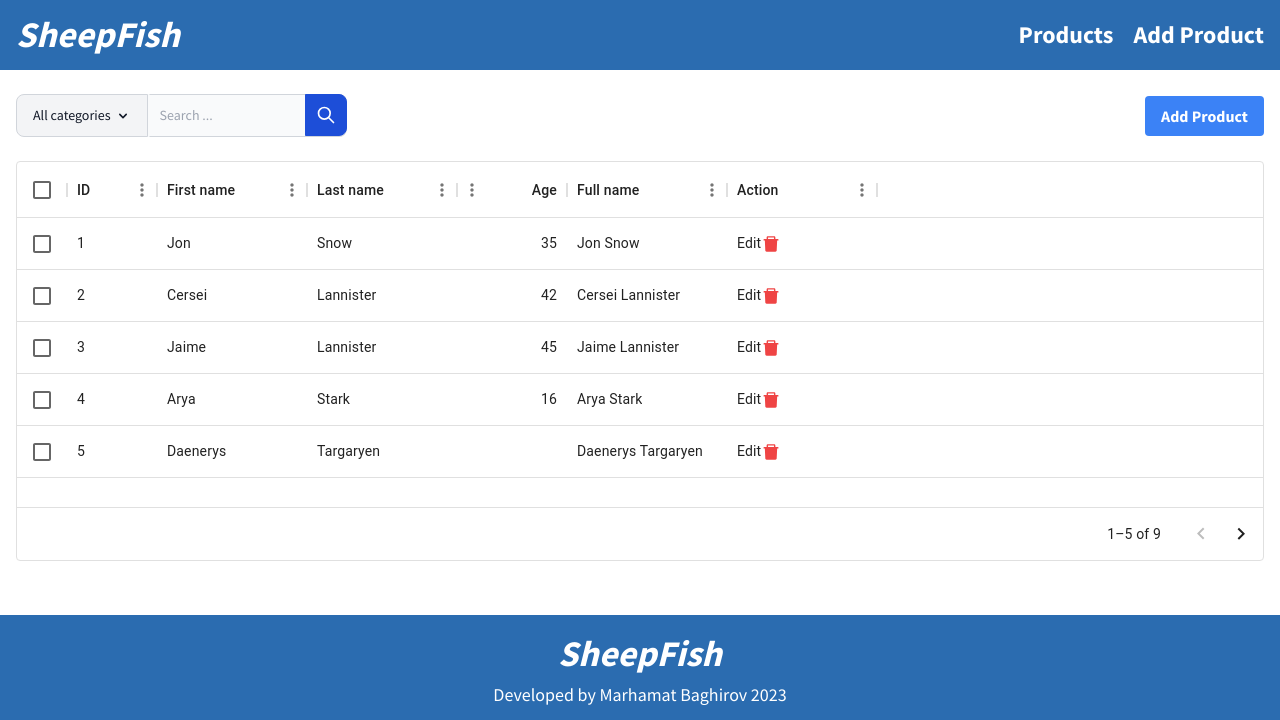
Repository: Marhamat92/sheep-fish-task
Page: /
An editor plug-in stored every save of this project. The page is shown before and after the next save, followed by the edit.
The browser window is 1280 px wide. The pictures show the whole page.
The project was rebuilt for these pictures with package versions that can differ from the ones it lists, and the page was loaded fresh each time. Also part of the build but not shown: src/App.css.

Above is the page before, as saved 2023-03-28 17:56:42.

### public/index.html
<!DOCTYPE html>
<html lang="en">

<head>
  <meta charset="utf-8" />
  <link rel="icon" href="%PUBLIC_URL%/favicon.ico" />
  <meta name="viewport" content="width=device-width, initial-scale=1" />
  <meta name="theme-color" content="#000000" />
  <meta name="description" content="Web site created using create-react-app" />
  <link rel="apple-touch-icon" href="%PUBLIC_URL%/logo192.png" />
  <link rel="preconnect" href="https://fonts.googleapis.com">
  <link rel="preconnect" href="https://fonts.gstatic.com" crossorigin>
  <link href="https://fonts.googleapis.com/css2?family=Source+Sans+Pro:wght@200;300;400;600;700;900&display=swap"
    rel="stylesheet">
  <!--
      manifest.json provides metadata used when your web app is installed on a
      user's mobile device or desktop. See https://developers.google.com/web/fundamentals/web-app-manifest/
    -->
  <link rel="manifest" href="%PUBLIC_URL%/manifest.json" />
  <!--
      Notice the use of %PUBLIC_URL% in the tags above.
      It will be replaced with the URL of the `public` folder during the build.
      Only files inside the `public` folder can be referenced from the HTML.

      Unlike "/favicon.ico" or "favicon.ico", "%PUBLIC_URL%/favicon.ico" will
      work correctly both with client-side routing and a non-root public URL.
      Learn how to configure a non-root public URL by running `npm run build`.
    -->
  <title>SheepFish</title>
</head>

<body>
  <noscript>You need to enable JavaScript to run this app.</noscript>
  <div id="root"></div>
  <!--
      This HTML file is a template.
      If you open it directly in the browser, you will see an empty page.

      You can add webfonts, meta tags, or analytics to this file.
      The build step will place the bundled scripts into the <body> tag.

      To begin the development, run `npm start` or `yarn start`.
      To create a production bundle, use `npm run build` or `yarn build`.
    -->
</body>

</html>

### src/index.css
@tailwind base;
@tailwind components;
@tailwind utilities;


body {
  font-family: 'Source Sans Pro', sans-serif;
}

code {
  font-family: 'Source Sans Pro', sans-serif;
}

### src/App.tsx
import React from "react";
import logo from "./logo.svg";
import "./App.css";
import Header from "./components/Header";
import Layout from "./Layout/Layout";
import BaseRouter from "./routes";

function App() {
  return (
    <div>
      <Layout>
        <BaseRouter />
      </Layout>
    </div>
  );
}

export default App;

### src/Layout/Layout.tsx
import React from "react";
import Header from "../components/Header";
import Footer from "../components/Footer";

type Props = {
  children: React.ReactNode;
};

const Layout = ({ children }: Props) => {
  return (
    <div>
      <Header />
      {children}
      <Footer />
    </div>
  );
};

export default Layout;

### src/routes.js
import { Route, Routes } from "react-router-dom";
import React from "react";
import ProductList from "./pages/Products/ProductList";
import AddProduct from "./pages/Products/AddProduct";

const BaseRouter = () => (
  <Routes>
    <Route exact path="/" element={
      <ProductList />
    } />
    <Route exact path="/products"
      element={
        <ProductList />
      }
    />
    <Route exact path="/products/add" element={
      <AddProduct />
    } />
  </Routes>
);

export default BaseRouter;

### src/components/Header.tsx
import React, { useEffect, useState } from "react";
import { Link } from "react-router-dom";
import { BiMenu } from "react-icons/bi";

type Props = {};

const Header = (props: Props) => {
  const [mobileMenu, setMobileMenu] = useState(false);
  const [showMobileMenu, setShowMobileMenu] = useState(false);

  const checkScreenSize = () => {
    if (window.innerWidth <= 768) {
      setMobileMenu(true);
    } else {
      setMobileMenu(false);
      setShowMobileMenu(false);
    }
  };

  useEffect(() => {
    checkScreenSize();
    window.addEventListener("resize", checkScreenSize);
    return () => {
      window.removeEventListener("resize", checkScreenSize);
    };
  }, [mobileMenu]);

  return (
    <div className=' bg-mainPrimary '>
      <div className='container flex flex-row justify-between items-center py-2'>
        <div>
          <h1
            className='
            text-4xl font-bold text-white italic
          '
          >
            SheepFish
          </h1>
        </div>
        {mobileMenu ? (
          <BiMenu
            onClick={() => {
              setShowMobileMenu(true);
            }}
            className='text-3xl text-white'
          />
        ) : (
          <div className='flex flex-row justify-between space-x-5'>
            <Link to='/products'>
              <div
                className='text-2xl font-bold text-white hover:underline transition-all duration-300
          cursor-pointer'
              >
                Products
              </div>
            </Link>
            <Link to='/products/add'>
              <div className='text-2xl font-bold text-white hover:underline transition-all duration-300 cursor-pointer'>
                Add Product
              </div>
            </Link>
          </div>
        )}
        {showMobileMenu && (
          <div className='bg-mainTertiary h-screen absolute top-0 left-0 right-0 '>
            <div className='flex flex-col justify-center items-center'>
              <div className='text-2xl font-bold text-white hover:underline transition-all duration-300 cursor-pointer'>
                Products
              </div>
              <div className='text-2xl font-bold text-white hover:underline transition-all duration-300 cursor-pointer'>
                Add Product
              </div>
            </div>
          </div>
        )}
      </div>
    </div>
  );
};

export default Header;

### src/components/Footer.tsx
import React from "react";

type Props = {};

const Footer = ({}: Props) => {
  return (
    <div className='bg-mainPrimary py-3 absolute bottom-0 w-full'>
      <div className='container mx-auto flex flex-col items-center justify-center'>
        <h1 className='text-4xl font-bold text-white italic text-center'>
          SheepFish
        </h1>
        <p className='text-white font-regular text-lg text-center'>
          Developed by Marhamat Baghirov {new Date().getFullYear()}
        </p>
      </div>
    </div>
  );
};

export default Footer;

### src/pages/Products/ProductList.tsx
import React from "react";
import SearchField from "../../components/SearchField";
import ListTable from "../../components/ListTable";

type Props = {};

function ProductList({}: Props) {
  const rows = [
    { id: 1, lastName: "Snow", firstName: "Jon", age: 35 },
    { id: 2, lastName: "Lannister", firstName: "Cersei", age: 42 },
    { id: 3, lastName: "Lannister", firstName: "Jaime", age: 45 },
    { id: 4, lastName: "Stark", firstName: "Arya", age: 16 },
    { id: 5, lastName: "Targaryen", firstName: "Daenerys", age: null },
    { id: 6, lastName: "Melisandre", firstName: null, age: 150 },
    { id: 7, lastName: "Clifford", firstName: "Ferrara", age: 44 },
    { id: 8, lastName: "Frances", firstName: "Rossini", age: 36 },
    { id: 9, lastName: "Roxie", firstName: "Harvey", age: 65 },
  ];

  return (
    <div className='container mt-6'>
      <div className='flex justify-between items-center'>
        <div>
          <SearchField />
        </div>
        <div>
          <button className='bg-blue-500 hover:bg-blue-700 text-white font-bold py-2 px-4 rounded'>
            Add Product
          </button>
        </div>
      </div>
      <div className='mt-6'>
        <ListTable dataRows={rows} />
      </div>
    </div>
  );
}

export default ProductList;

### src/components/SearchField.tsx
import React from "react";

type Props = {};

const SearchField = (props: Props) => {
  return (
    <form className=''>
      <div className='flex'>
        <label
          htmlFor='search-dropdown'
          className='mb-2 text-sm font-medium text-gray-900 sr-only dark:text-white'
        >
          Your Email
        </label>
        <button
          id='dropdown-button'
          data-dropdown-toggle='dropdown'
          className='flex-shrink-0 z-10 inline-flex items-center py-2.5 px-4 text-sm font-medium text-center text-gray-900 bg-gray-100 border border-gray-300 rounded-l-lg hover:bg-gray-200 focus:ring-4 focus:outline-none focus:ring-gray-100 dark:bg-gray-700 dark:hover:bg-gray-600 dark:focus:ring-gray-700 dark:text-white dark:border-gray-600'
          type='button'
        >
          All categories{" "}
          <svg
            aria-hidden='true'
            className='w-4 h-4 ml-1'
            fill='currentColor'
            viewBox='0 0 20 20'
            xmlns='http://www.w3.org/2000/svg'
          >
            <path
              fill-rule='evenodd'
              d='M5.293 7.293a1 1 0 011.414 0L10 10.586l3.293-3.293a1 1 0 111.414 1.414l-4 4a1 1 0 01-1.414 0l-4-4a1 1 0 010-1.414z'
              clip-rule='evenodd'
            ></path>
          </svg>
        </button>
        <div
          id='dropdown'
          className='z-10 hidden bg-white divide-y divide-gray-100 rounded-lg shadow w-44 dark:bg-gray-700'
        >
          <ul
            className='py-2 text-sm text-gray-700 dark:text-gray-200'
            aria-labelledby='dropdown-button'
          >
            <li>
              <button
                type='button'
                className='inline-flex w-full px-4 py-2 hover:bg-gray-100 dark:hover:bg-gray-600 dark:hover:text-white'
              >
                Mockups
              </button>
            </li>
            <li>
              <button
                type='button'
                className='inline-flex w-full px-4 py-2 hover:bg-gray-100 dark:hover:bg-gray-600 dark:hover:text-white'
              >
                Templates
              </button>
            </li>
            <li>
              <button
                type='button'
                className='inline-flex w-full px-4 py-2 hover:bg-gray-100 dark:hover:bg-gray-600 dark:hover:text-white'
              >
                Design
              </button>
            </li>
            <li>
              <button
                type='button'
                className='inline-flex w-full px-4 py-2 hover:bg-gray-100 dark:hover:bg-gray-600 dark:hover:text-white'
              >
                Logos
              </button>
            </li>
          </ul>
        </div>
        <div className='relative w-full'>
          <input
            type='search'
            id='search-dropdown'
            className='block p-2.5 w-full z-20 text-sm text-gray-900 bg-gray-50 rounded-r-lg border-l-gray-50 border-l-2 border border-gray-300    dark:placeholder-gray-400 dark:text-white  focus:ring-transparent first-letter:
            focus:ring-4 focus:outline-none focus:ring-blue-300 dark:bg-gray-600
            '
            placeholder='Search ...'
            required
          />
          <button
            type='submit'
            className='absolute top-0 right-0 p-2.5 text-sm font-medium text-white bg-blue-700 rounded-r-lg border border-blue-700 hover:bg-blue-800 focus:ring-4 focus:outline-none focus:ring-blue-300 dark:bg-blue-600 dark:hover:bg-blue-700 dark:focus:ring-blue-800'
          >
            <svg
              aria-hidden='true'
              className='w-5 h-5'
              fill='none'
              stroke='currentColor'
              viewBox='0 0 24 24'
              xmlns='http://www.w3.org/2000/svg'
            >
              <path
                stroke-linecap='round'
                stroke-linejoin='round'
                stroke-width='2'
                d='M21 21l-6-6m2-5a7 7 0 11-14 0 7 7 0 0114 0z'
              ></path>
            </svg>
            <span className='sr-only'>Search</span>
          </button>
        </div>
      </div>
    </form>
  );
};

export default SearchField;

### src/components/ListTable.tsx
import React from "react";
import Box from "@mui/material/Box";
import { DataGrid, GridColDef, GridValueGetterParams } from "@mui/x-data-grid";
import { Link } from "react-router-dom";
import { AiFillDelete } from "react-icons/ai";

type Props = {
  dataRows: any;
};

const ListTable = ({ dataRows }: Props) => {
  const columns: GridColDef[] = [
    { field: "id", headerName: "ID", width: 90 },
    {
      field: "firstName",
      headerName: "First name",
      width: 150,
      editable: true,
    },
    {
      field: "lastName",
      headerName: "Last name",
      width: 150,
      editable: true,
    },
    {
      field: "age",
      headerName: "Age",
      type: "number",
      width: 110,
      editable: true,
    },
    {
      field: "fullName",
      headerName: "Full name",
      description: "This column has a value getter and is not sortable.",
      sortable: false,
      width: 160,
      valueGetter: (params: GridValueGetterParams) =>
        `${params.row.firstName || ""} ${params.row.lastName || ""}`,
    },
    {
      field: "action",
      headerName: "Action",
      width: 150,
      renderCell: (params) => {
        return (
          <>
            <Link to={"/product/" + params.row.id}>
              <button className='productListEdit'>Edit</button>
            </Link>
            <AiFillDelete
              onClick={() => {
                removeProduct(params.row.id);
              }}
              className='text-xl text-red-500 cursor-pointer'
            />
          </>
        );
      },
    },
  ];

  const removeProduct = (id: any) => {
    console.log(id);
  };

  return (
    <Box sx={{ height: 400, width: "100%" }}>
      <DataGrid
        rows={dataRows}
        columns={columns}
        initialState={{
          pagination: {
            paginationModel: {
              pageSize: 5,
            },
          },
        }}
        pageSizeOptions={[5]}
        checkboxSelection
        disableRowSelectionOnClick
      />
    </Box>
  );
};

export default ListTable;

### tailwind.config.js
/** @type {import('tailwindcss').Config} */
module.exports = {
  content: ["./src/**/*.{js,jsx,ts,tsx}",],
  theme: {
    extend: {
      colors: {
        "textPrimary": "#1a202c",
        "textSecondary": "#2d3748",
        "textTertiary": "#4a5568",
        "mainPrimary": "#2b6cb0",
        "mainSecondary": "#4299e1",
        "mainTertiary": "#63b3ed",
        "success": "#48bb78",
        "danger": "#e53e3e",
        "warning": "#dd6b20",
        "info": "#3182ce",
        "light": "#f7fafc",
        "dark": "#1a202c",
        "white": "#fff",
        "black": "#000",
        //close this
      },
      fontFamily: {
        sans: ["Roboto", "sans-serif"],
      },
      fontSize: {
        "xs": ".75rem",
        "sm": ".875rem",
        "tiny": ".875rem",
        "base": "1rem",
        "lg": "1.125rem",
        "xl": "1.25rem",
        "2xl": "1.5rem",
        "3xl": "1.875rem",
        "4xl": "2.25rem",
        "5xl": "3rem",
        "6xl": "4rem",
        "7xl": "5rem",
        "8xl": "6rem",
        "9xl": "7rem",
        "10xl": "8rem",
      },
      spacing: {
        "0": "0",
        "1": "0.25rem",
        "2": "0.5rem",
        "3": "0.75rem",
        "4": "1rem",
        "5": "1.25rem",
        "6": "1.5rem",
        "8": "2rem",
      },
      boxShadow: {
        "xs": "0 0 0 1px rgba(0, 0, 0, 0.05)",
        "sm": "0 1px 2px 0 rgba(0, 0, 0, 0.05)",
        "default": "0 1px 3px 0 rgba(0, 0, 0, 0.1), 0 1px 2px 0 rgba(0, 0, 0, 0.06)",
        "md": "0 4px 6px -1px rgba(0, 0, 0, 0.1), 0 2px 4px -1px rgba(0, 0, 0, 0.06)",
        "lg": "0 10px 15px -3px rgba(0, 0, 0, 0.1), 0 4px 6px -2px rgba(0, 0, 0, 0.05)",
        "xl": "0 20px 25px -5px rgba(0, 0, 0, 0.1), 0 10px 10px -5px rgba(0, 0, 0, 0.04)",
        "2xl": "0 25px 50px -12px rgba(0, 0, 0, 0.25)",
      },
      screens: {
        "xs": "320px",
        "sm": "640px",
        "md": "768px",
        "lg": "1024px",
        "xl": "1280px",
        "2xl": "1536px",
      },

      container: {
        center: true,
        padding: "1rem",
      },

    },
    plugins: [




    ],
  }
}

Loaded but not shown: src/index.tsx (common file); src/reportWebVitals.ts (common file); src/pages/Products/AddProduct.tsx (no stored copy; drawn as an empty file)

After the next save:
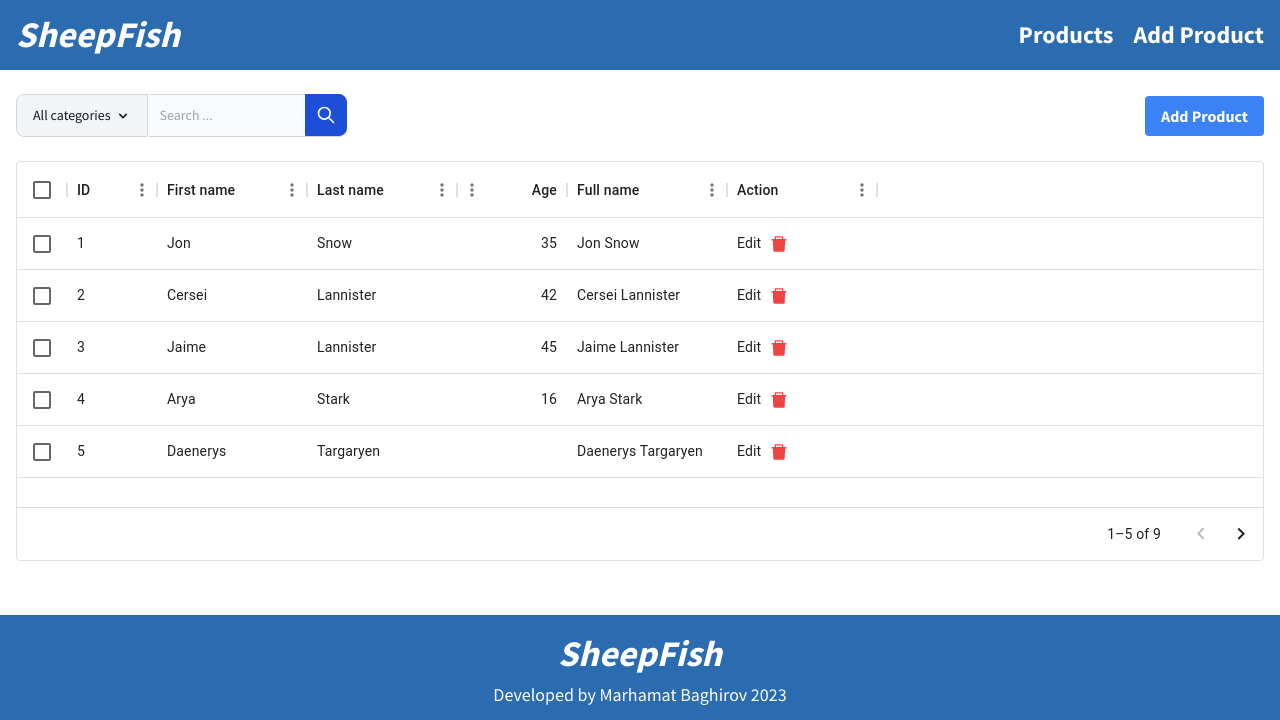
Saved 10 s later.
--- a/src/components/ListTable.tsx
+++ b/src/components/ListTable.tsx
@@ -53,7 +53,7 @@
               onClick={() => {
                 removeProduct(params.row.id);
               }}
-              className='text-xl text-red-500 cursor-pointer'
+              className='text-xl text-red-500 cursor-pointer ml-2'
             />
           </>
         );
